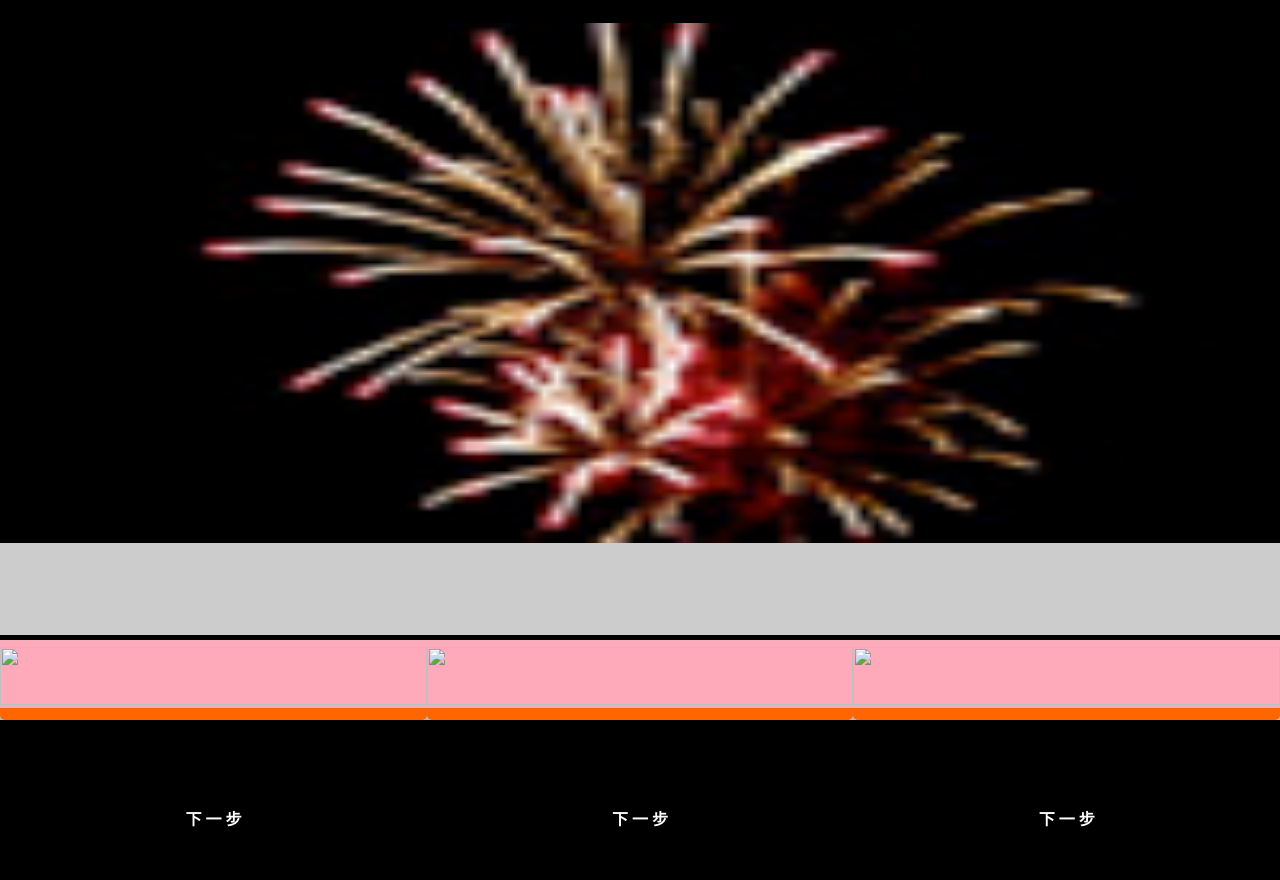
Repository: wangxinjun08231116/Html5Views
Page: WangXinJun/WebContent/htmls/QCF/shouye.html
These files come from the project's save history. The page is drawn as it stood at one moment and after the next save; the edit follows.
The browser window is 1280 px wide. The pictures show the whole page.

Above is the page before, as saved 2015-01-21 01:31:36.

After the next save:
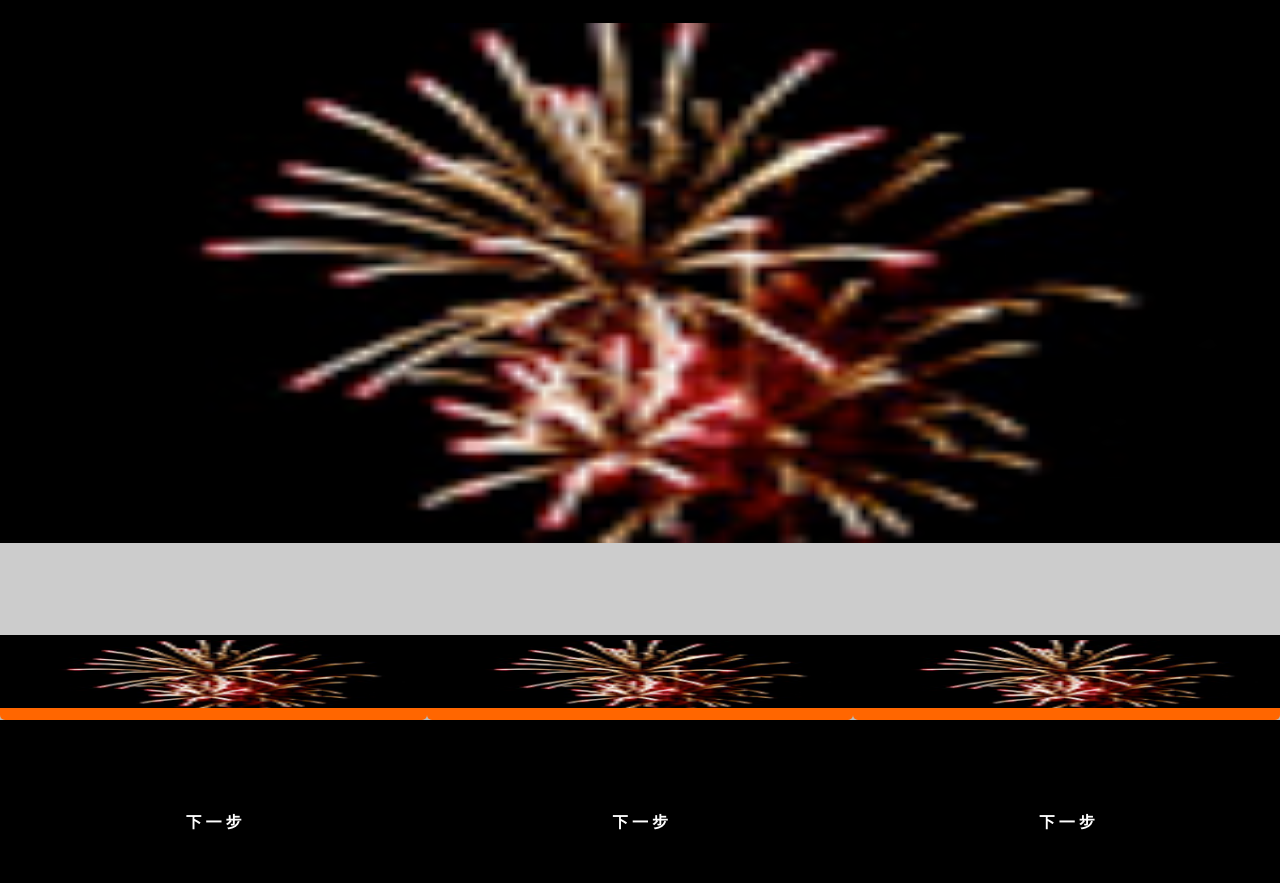
Saved 60 s later.
--- a/WangXinJun/WebContent/htmls/QCF/shouye.html
+++ b/WangXinJun/WebContent/htmls/QCF/shouye.html
@@ -12,9 +12,9 @@
         <img class = "image" src="/WangXinJun/images/js06/thumbnail_fireworks.jpg" >
 </div>
 <div class="btContainer" >
-<a class="submit-btn"><img class="bottomImage" src="" alt="" />下 一 步</a>
-<a class="submit-btn"><img class="bottomImage" src="" alt="" />下 一 步</a>
-<a class="submit-btn"><img class="bottomImage" src="" alt="" />下 一 步</a>
+<a class="submit-btn"><img class="bottomImage" src="/WangXinJun/images/js06/thumbnail_fireworks.jpg" alt="" />下 一 步</a>
+<a class="submit-btn"><img class="bottomImage" src="/WangXinJun/images/js06/thumbnail_fireworks.jpg" alt="" />下 一 步</a>
+<a class="submit-btn"><img class="bottomImage" src="/WangXinJun/images/js06/thumbnail_fireworks.jpg" alt="" />下 一 步</a>
 </div>
 </body>
 </html>
